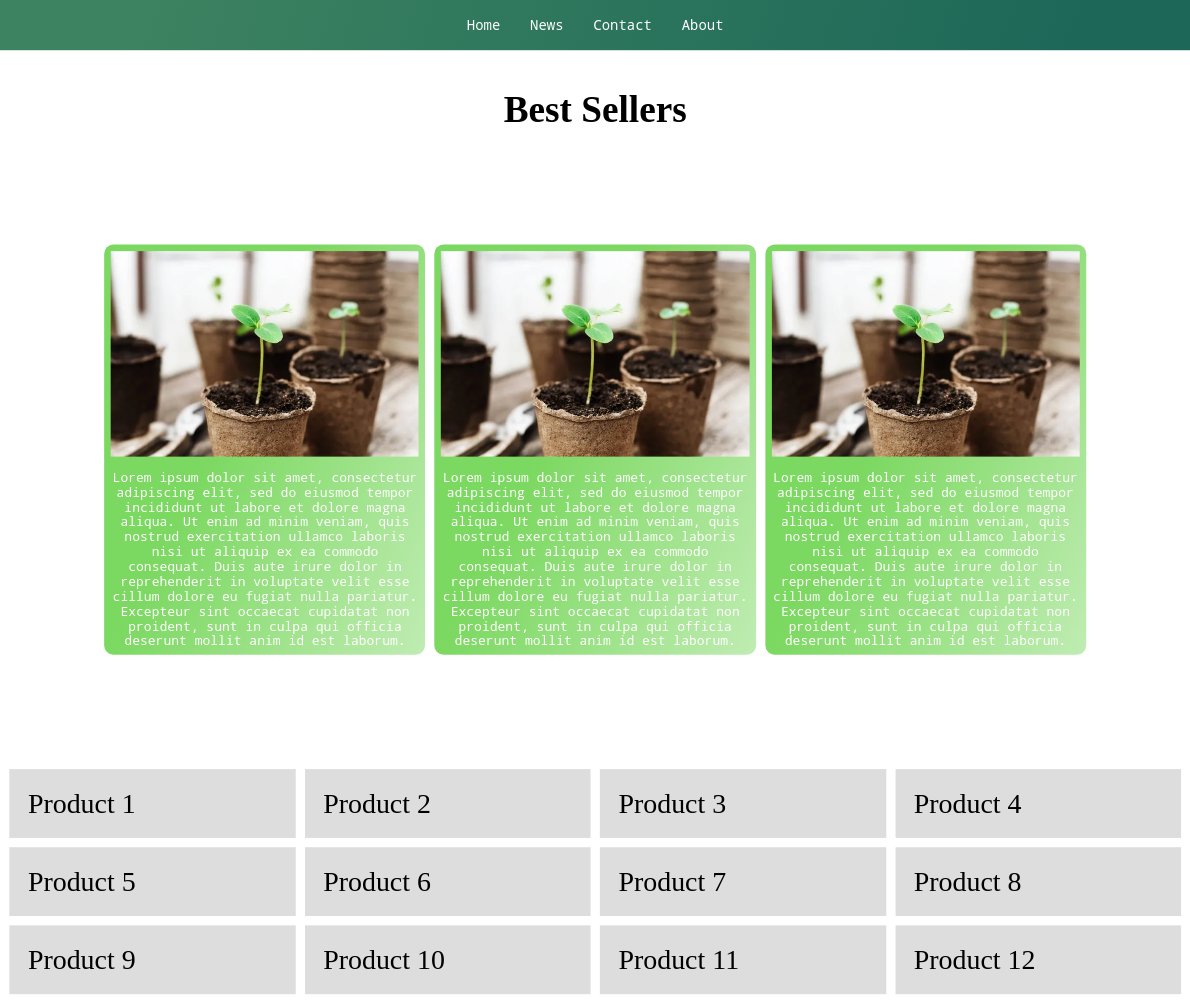
Repository: Flexo874/ISITECH-HTML-CSS
Page: index.html
An editor plug-in stored every save of this project. The page is shown before and after the next save, followed by the edit.
The browser window is 1280 px wide. The pictures show the whole page, at 93% of full size.

Above is the page before, as saved 2024-01-02 15:12:21.

After the next save:
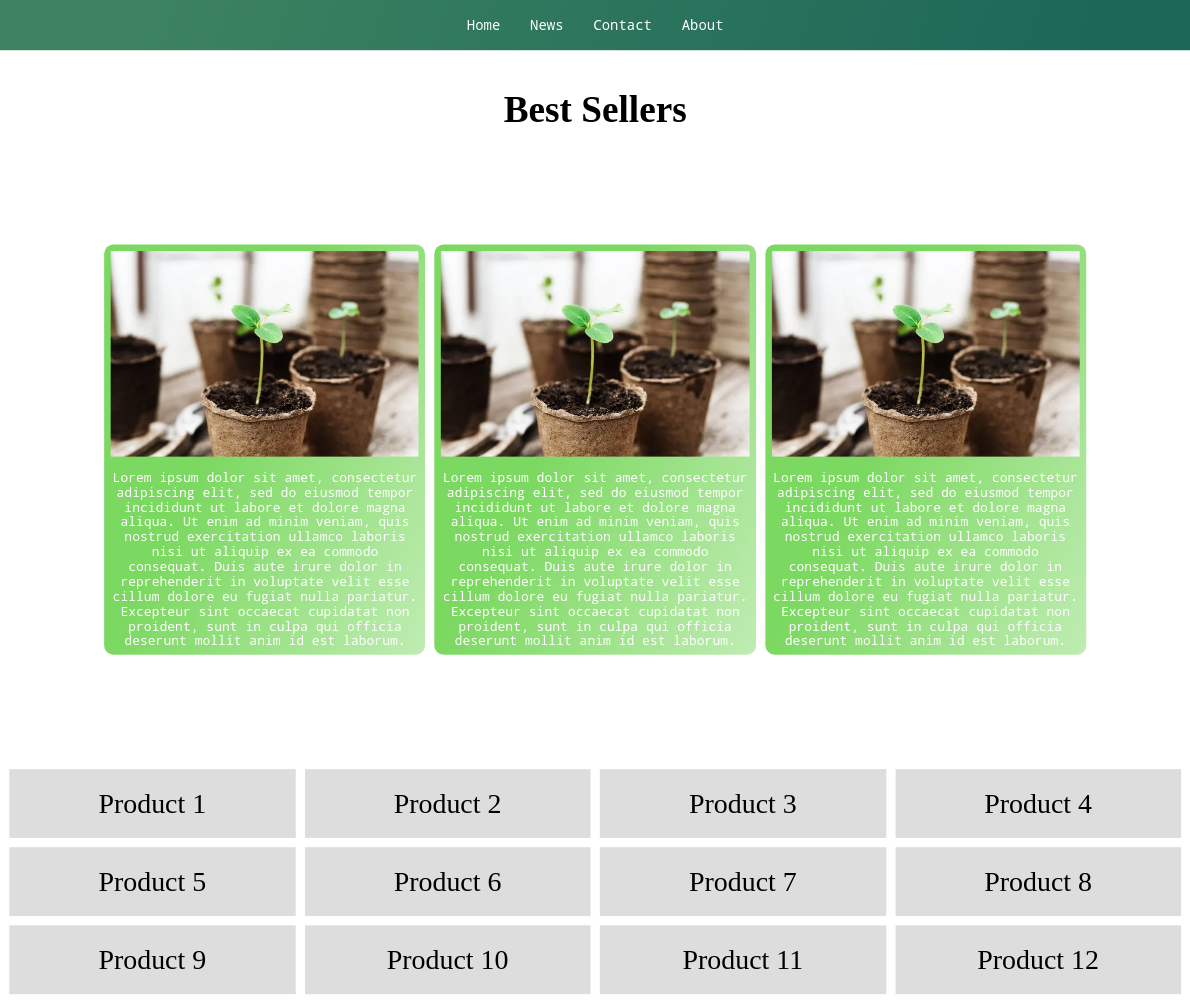
Saved 100 s later.
--- a/style.css
+++ b/style.css
@@ -105,7 +105,8 @@ h1 {
    }
 
    .grid-item {
-    background-color: #ddd;
-    padding: 20px;
-    font-size: 30px;
-    text-ali
+        background-color: #ddd;
+        padding: 20px;
+        font-size: 30px;
+        text-align: center;
+    }
